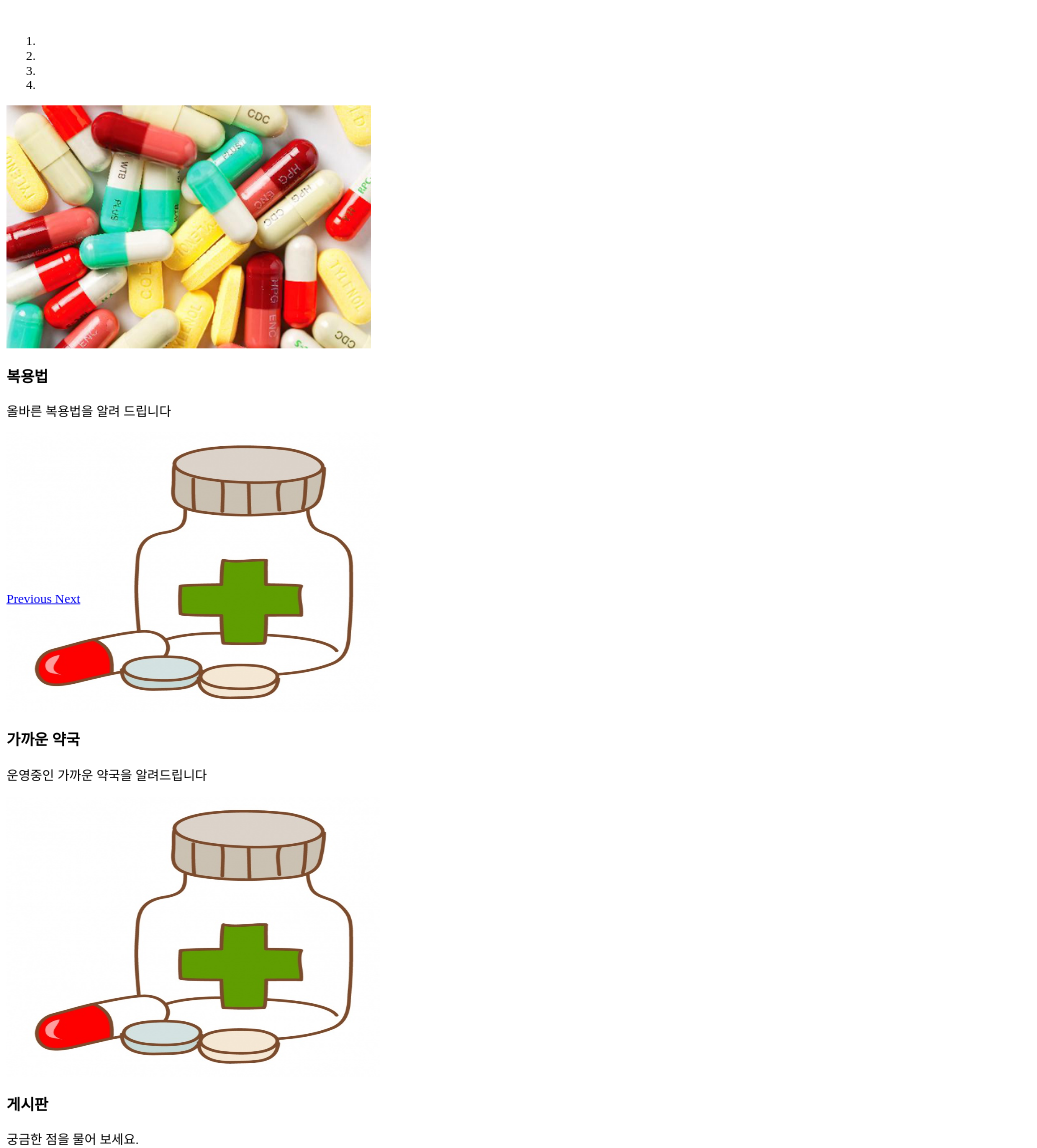
Repository: letzbegin/Study
Page: http://localhost/portfolio/WEB-INF/views/index.jsp
These files come from the project's save history. The page is drawn as it stood at one moment and after the next save; the edit follows.
The browser window is 1280 px wide. The pictures show the whole page, at 81% of full size.
The page is served by Tomcat 9. Nobody is signed in. The template is opened directly, without the code that normally fills it, so the values that code supplies are empty.

Above is the page before, as saved 2018-10-15 06:05:34.

After the next save:
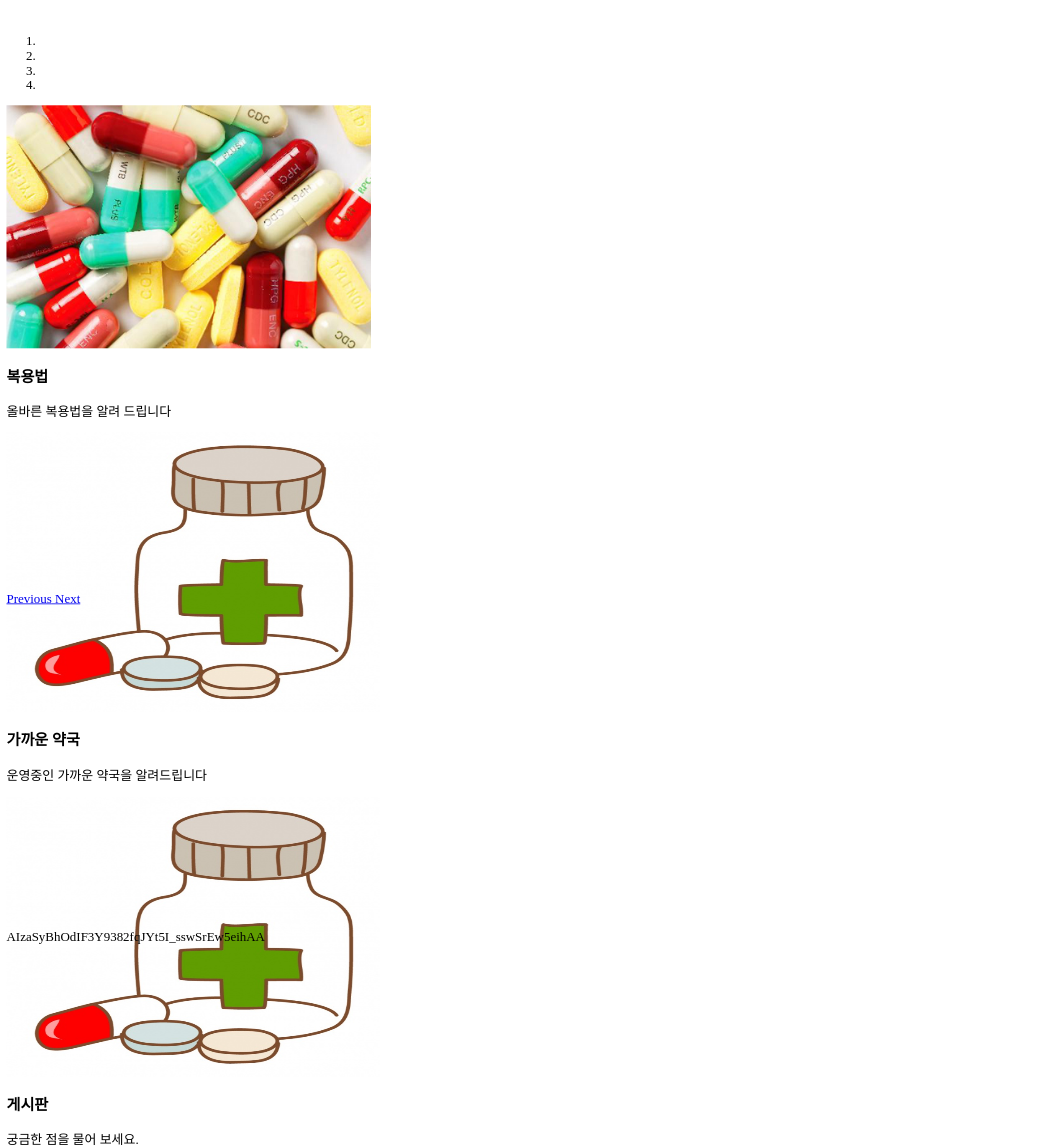
Saved 3 min 7 s later.
--- a/pol/portfolio/src/main/webapp/WEB-INF/views/index.jsp
+++ b/pol/portfolio/src/main/webapp/WEB-INF/views/index.jsp
@@ -63,5 +63,9 @@
     </a>
   </div>
 
+  <div id="googleMap" style="height:400px;width:100%;"></div>
+
+  AIzaSyBhOdIF3Y9382fqJYt5I_sswSrEw5eihAA
+
 </body>
 </html>

After the save that followed:
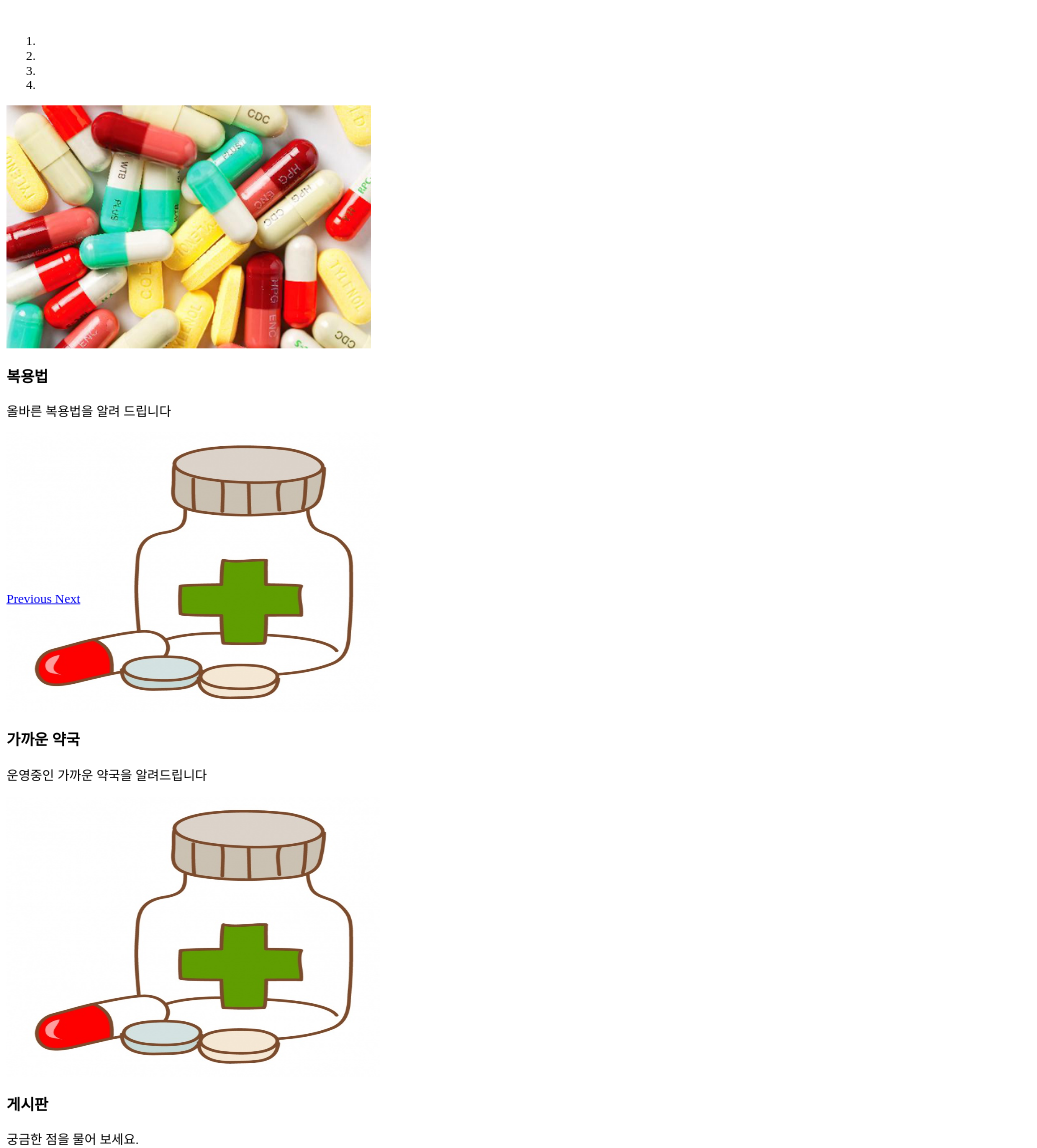
Saved 93 s later.
--- a/pol/portfolio/src/main/webapp/WEB-INF/views/index.jsp
+++ b/pol/portfolio/src/main/webapp/WEB-INF/views/index.jsp
@@ -65,7 +65,7 @@
 
   <div id="googleMap" style="height:400px;width:100%;"></div>
 
-  AIzaSyBhOdIF3Y9382fqJYt5I_sswSrEw5eihAA
+
 
 </body>
 </html>
